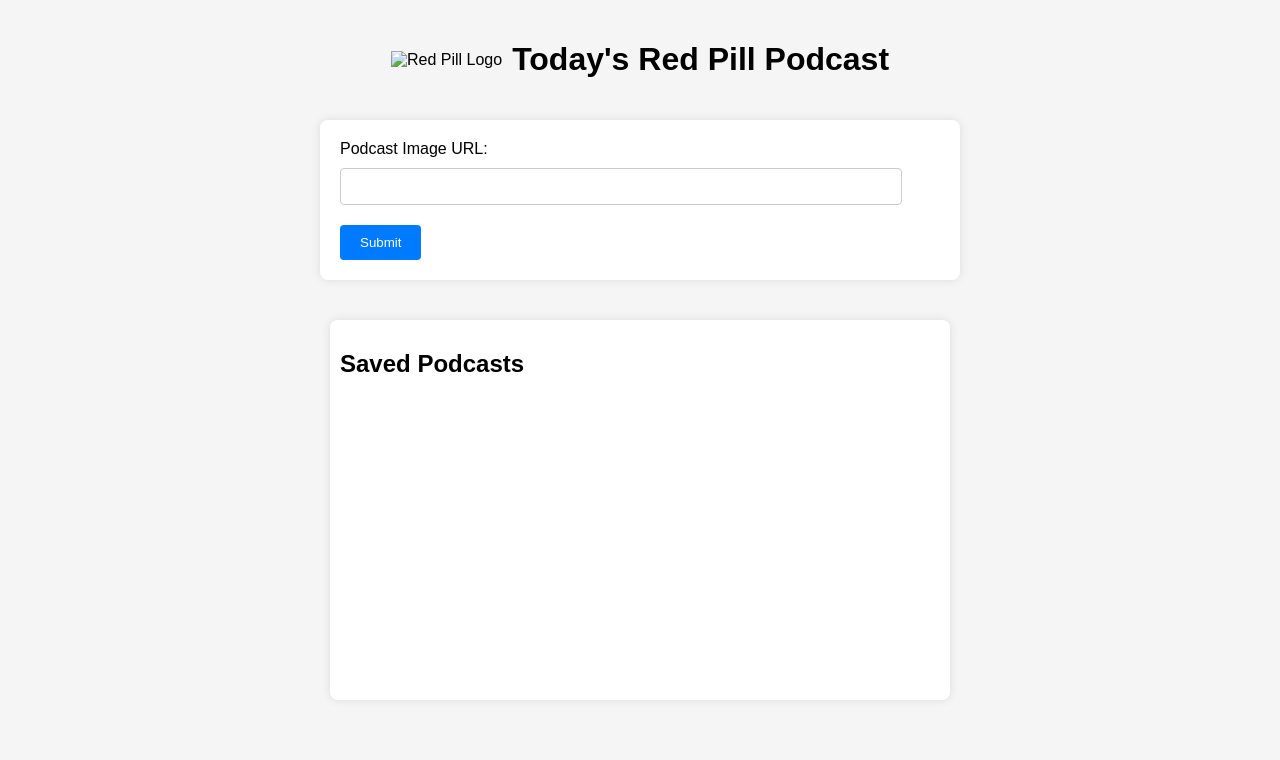
Repository: fechinmitchell/thedailyonepercent
Page: popup.html
The author's editor kept a copy of each file at every save. The page is drawn from the files as they stood at one save, then again after the next save.
The browser window is 1280 px wide. The pictures show the whole page.

Above is the page before, as saved 2023-06-22 20:11:40.
Not found: IMAGE_URL_FOR_RED_PILL

After the next save:
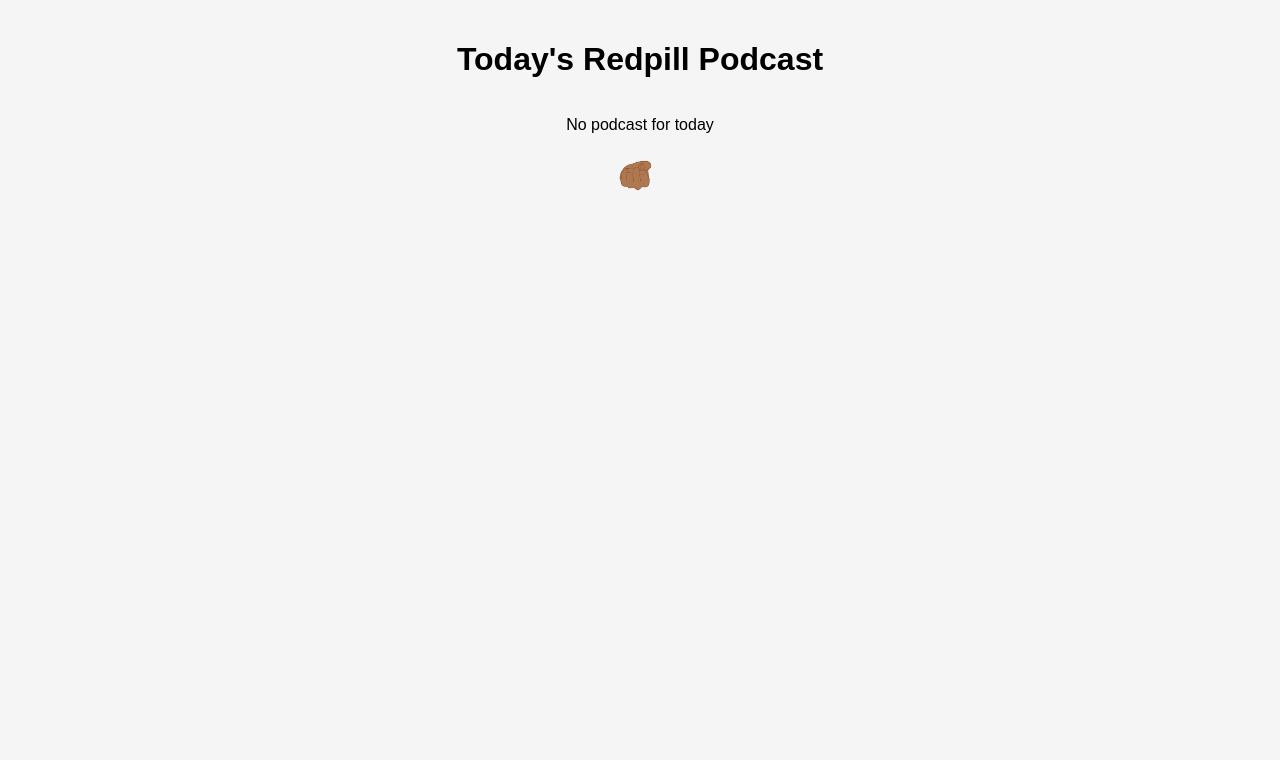
Saved 2 min 18 s later.
--- a/popup.html
+++ b/popup.html
@@ -4,25 +4,10 @@
   <link rel="stylesheet" type="text/css" href="popup.css">
 </head>
 <body>
-  <div id="header">
-    <img src="IMAGE_URL_FOR_RED_PILL" alt="Red Pill Logo" id="header-image">
-    <h1>Today's Red Pill Podcast</h1>
-  </div>
-  <div id="podcast-form-wrapper">
-    <form id="podcast-form">
-      <!-- Your existing form fields here -->
-      <label for="imageURL">Podcast Image URL:</label>
-      <input type="text" id="imageURL" name="imageURL">
-      <!-- More form fields here -->
-      <button type="button" id="submit">Submit</button>
-    </form>
-  </div>
-  <div id="podcast-list">
-    <h2>Saved Podcasts</h2>
-    <ul id="podcast-list-items">
-      <!-- Podcast items will be appended here -->
-    </ul>
-  </div>
-  <script src="form.js"></script>
+  <h1>Today's Redpill Podcast</h1>
+  <p id="podcast"></p>
+  <img id="logo" src="icon.gif" alt="Redpill Logo">
+
+  <script src="popup.js"></script>
 </body>
 </html>
